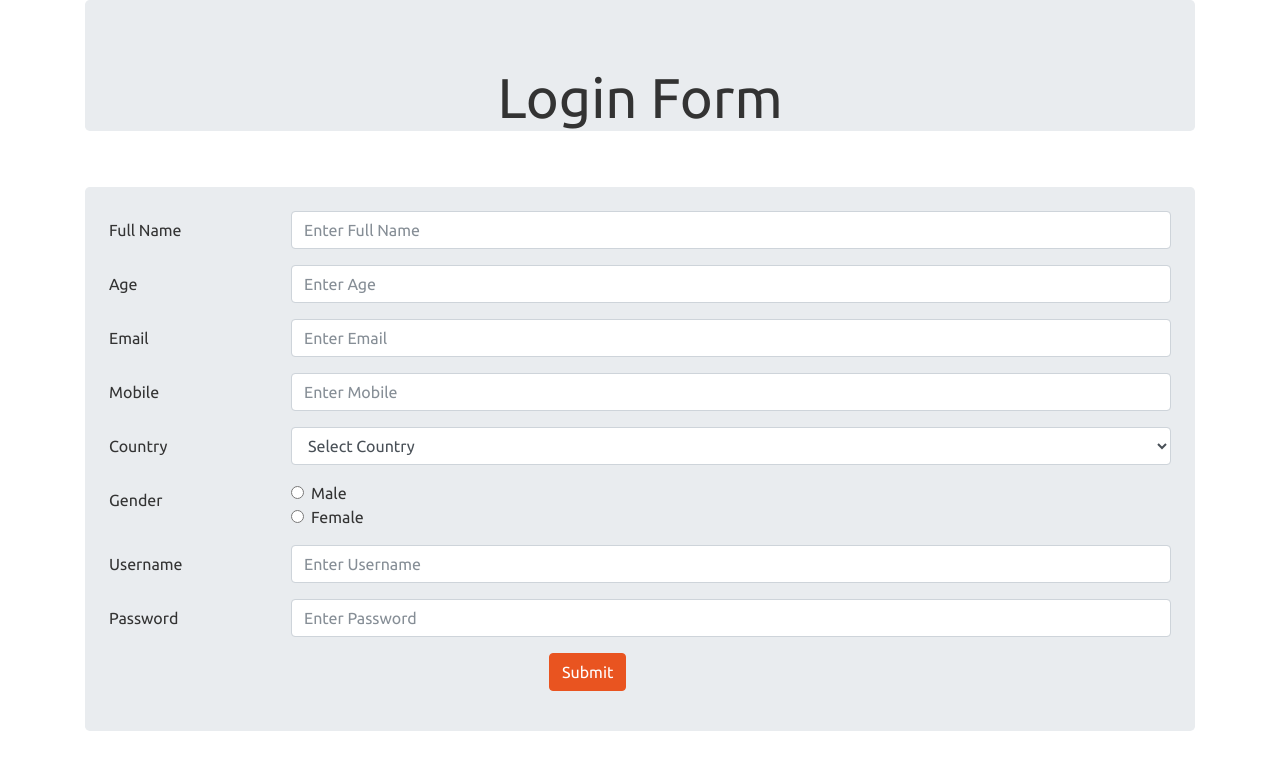
Repository: amar468S/Ng-templateDrivenForm
Page: /
An editor plug-in stored every save of this project. The page is shown before and after the next save, followed by the edit.
The browser window is 1280 px wide. The pictures show the whole page.
Some web libraries are served in a nearby version. The project was rebuilt for these pictures with package versions that can differ from the ones it lists, and the page was loaded fresh each time. Also part of the build but not shown: angular.json.

Above is the page before, as saved 2019-02-03 21:17:13.

After the next save:
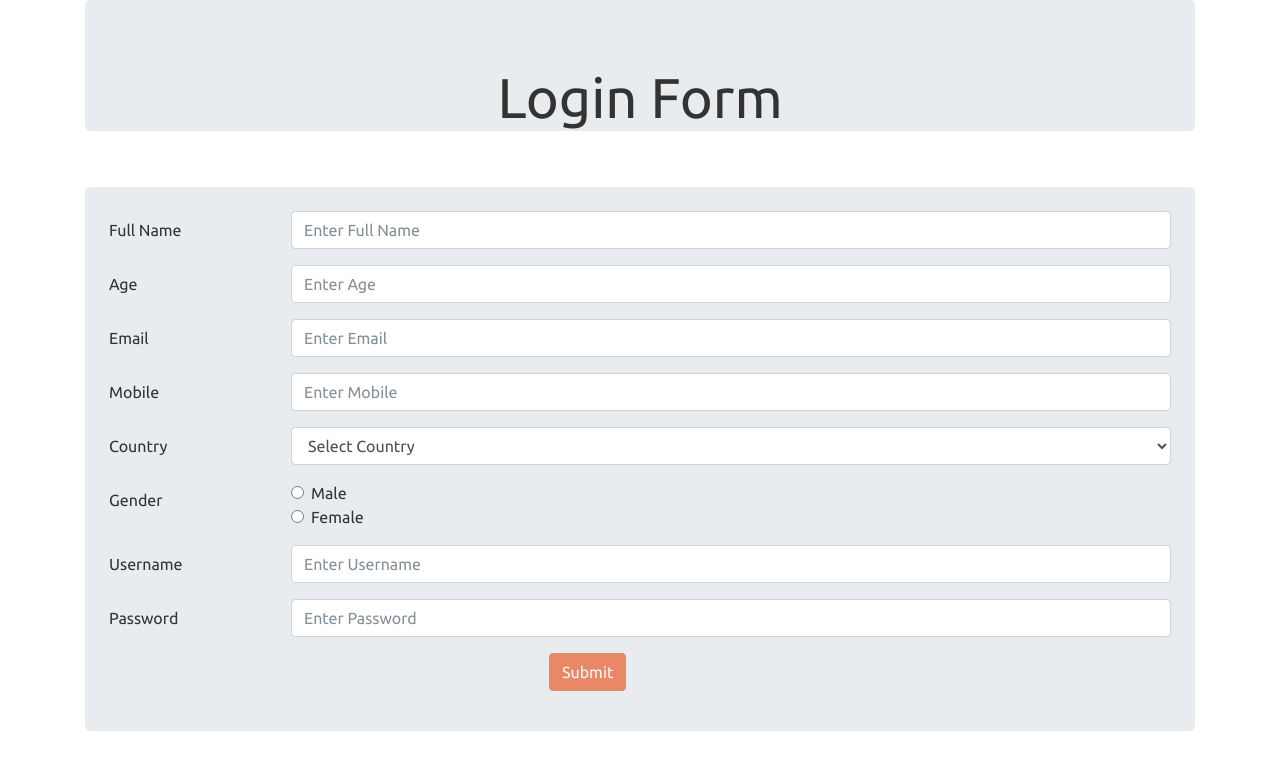
Saved 5 min 9 s later.
--- a/src/app/app.component.html
+++ b/src/app/app.component.html
@@ -85,7 +85,7 @@
       <div class="form-group row">
           <label class="col-sm-5 col-form-label"></label>
           <div>
-            <input type="submit" class="btn btn-primary" [disabled]="usrForm.dirty && usrForm.invalid">
+            <input type="submit" class="btn btn-primary" [disabled]="usrForm.form.invalid">
           </div>
       </div>
   </form>
